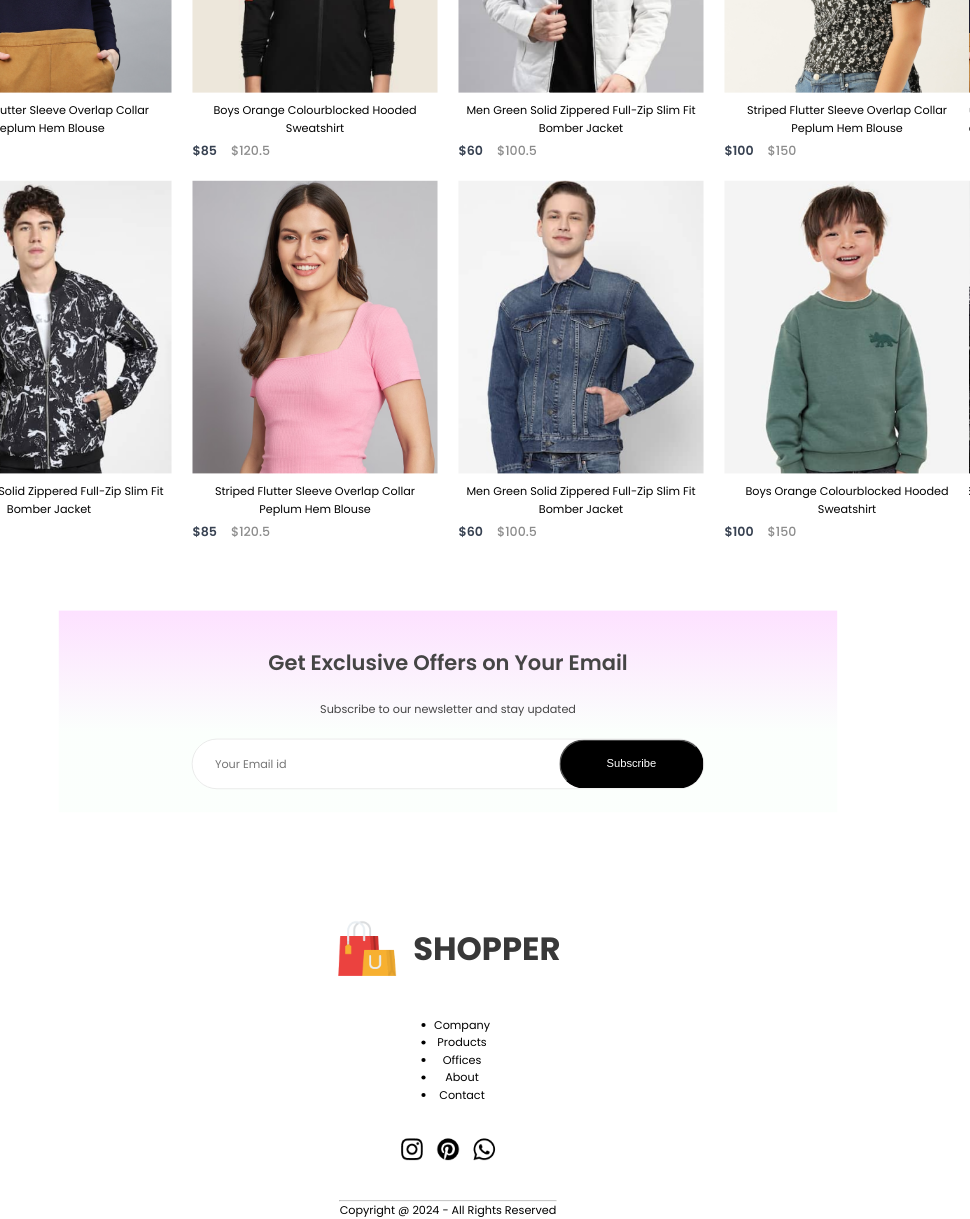
Repository: saritha55/EcommerceReactJs
Page: /
These files come from the project's save history. The page is drawn as it stood at one moment and after the next save; the edit follows.
The browser window is 1280 px wide. The page is 1385 px wide, so the pictures cover 1385 px, including what lies to the right of the window. The pictures show the part of the page from y = 2505 to 4265 px (the page is 4247 px tall before and 4265 px after), at 70% of full size.
The project was rebuilt for these pictures with package versions that can differ from the ones it lists, and the page was loaded fresh each time. Also part of the build but not shown: src/Pages/ShopCategory.jsx, src/Pages/Product.jsx, src/Pages/Cart.jsx, src/Pages/LoginSignup.jsx.

Above is the page before, as saved 2024-12-03 02:25:32.

After the next save:
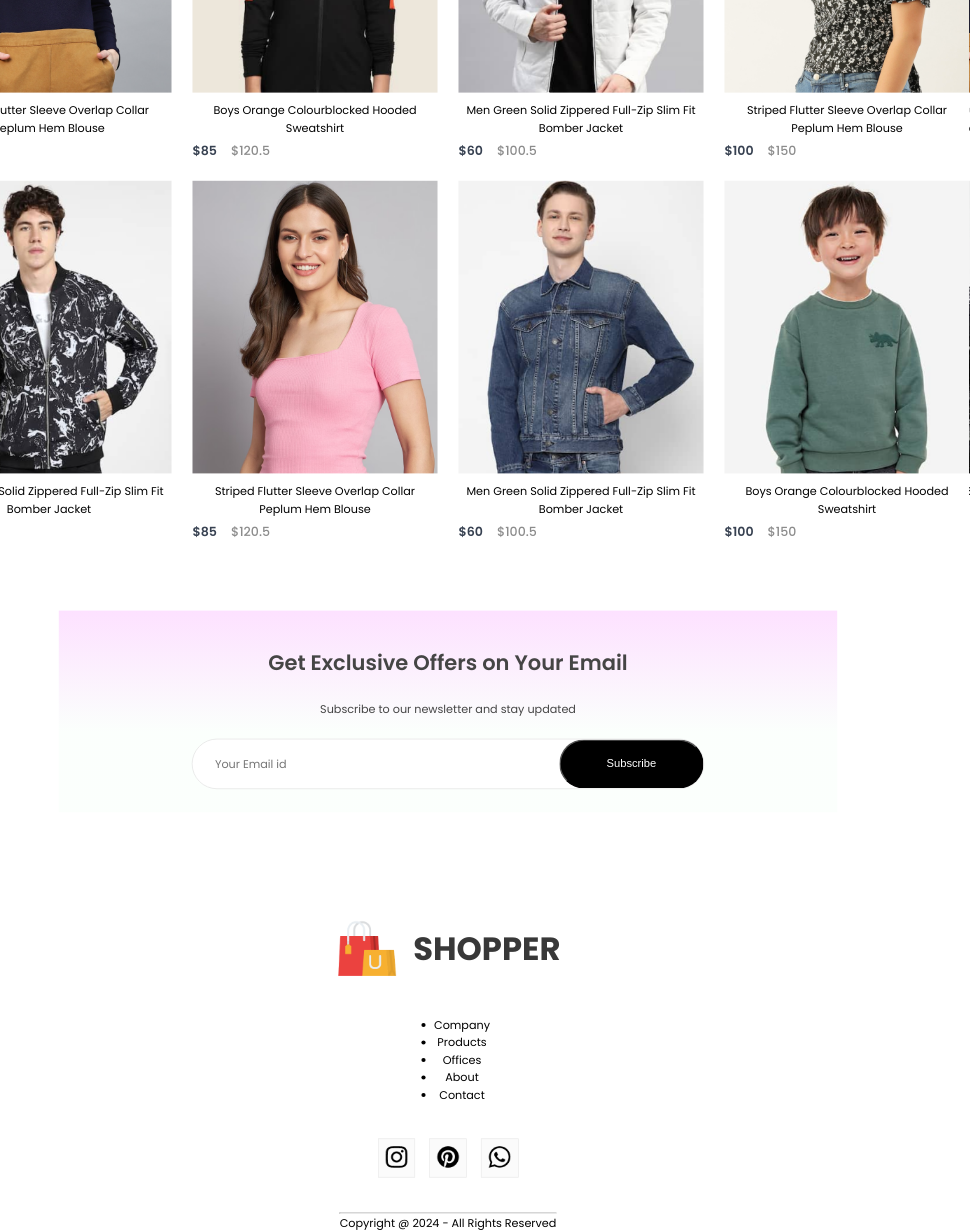
Saved 117 s later.
--- a/src/Components/Footer/Footer.css
+++ b/src/Components/Footer/Footer.css
@@ -35,3 +35,9 @@
     display: flex;
     gap: 20px;
 }
+.footer-icons-container{
+    padding: 10px;
+    padding-bottom: 6px;
+    background: #fbfbfb;
+    border: 1px solid #ebebeb;
+}
